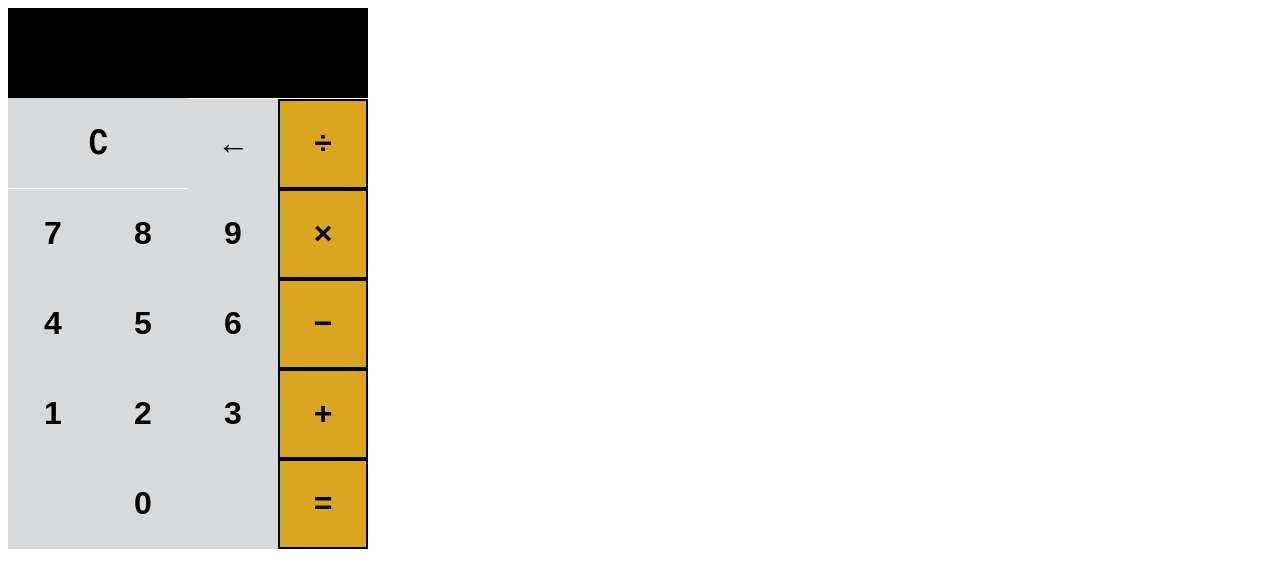
Repository: jontslater/LAB-calculator2
Page: index.html
An editor plug-in stored every save of this project. The page is shown before and after the next save, followed by the edit.
The browser window is 1280 px wide. The pictures show the whole page.

Above is the page before, as saved 2023-10-14 10:31:24.

### index.html
<!DOCTYPE html>
<html lang="en">
<head>
  <meta charset="UTF-8">
  <meta name="viewport" content="width=device-width, initial-scale=1.0">
  <title>calculator</title>
  <link rel="stylesheet" href="main.css">
  <script src="main.js"></script>
</head>

<body>
  <div class="container">

    <div class="box"></div>

    <table>
    <button class="symbols gray three">&#8705;</button>
    <button class="symbols gray">&#8592;</button>
    <button class="symbols orange">&#247;</button>
  </table>

  <table>
    <button class="bottonss gray">7</button>
    <button class="bottonss gray">8</button>
    <button class="bottonss gray">9</button>
    <button class="orange">&#215;</button>
  </table>

  <table>
    <button class="bottonss gray">4</button>
    <button class="bottonss gray">5</button>
    <button class="bottonss gray">6</button>
    <button class="orange">&#8722;</button>
  </table>

  <table>
    <button class="bottonss gray">1</button>
    <button class="bottonss gray">2</button>
    <button class="bottonss gray">3</button>
    <button class="orange">&#43;</button>
  </table>


  <table>
    <button class="bottonss gray twice">0</button>
    <button class="orange">&#61;</button>
  </table>

  </div>

</body>
</html>

### main.css
body{
  background-color: white;
}

.container{
  width: 400px;
  font-size: xx-large;
  font-weight: bold;
}



.buttonss{
  background-color: #d8d9db;
  height: 90px;
  width: 90px;
  font-size: xx-large;
  font-weight: bold;
  border: 1px;
}

.gray{
  background-color: #d8d9db;
  height: 90px;
  width: 90px;
  font-size: xx-large;
  font-weight: bold;
  border: 1px;
}

.twice{
  width: 270px;
  font-size: xx-large;
  font-weight: bold;
  border: 1%;
}

.three{
  width: 180px;
  font-size: xx-large;
  font-weight: bold;
  border: 1px;
}

.orange{
  background-color:goldenrod;
  height: 90px;
  width: 90px;
  font-size: xx-large;
  font-weight: bold;
  border: 2px;
  border-color:#000000;
  border-style:solid;
}

.box{
  background-color: #000000;
  height: 90px;
  width: 360px;
  padding-bottom: 0%;
  border: 1px;
}

Loaded but not shown: main.js (no stored copy; drawn as an empty file)

After the next save:
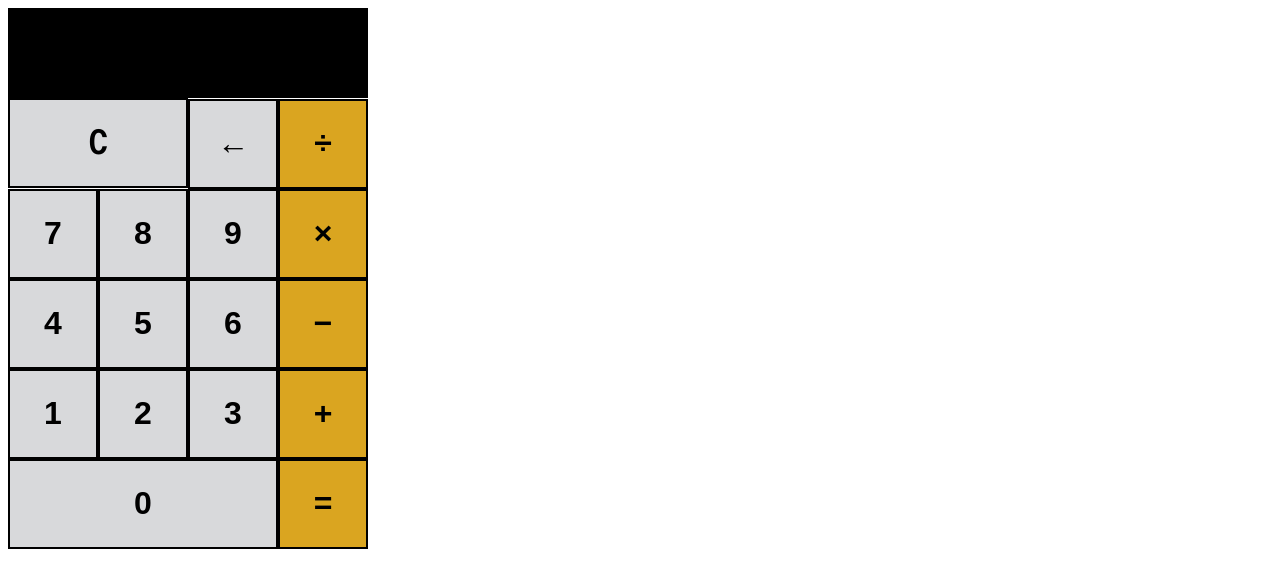
Saved 55 s later.
--- a/main.css
+++ b/main.css
@@ -16,7 +16,9 @@ body{
   width: 90px;
   font-size: xx-large;
   font-weight: bold;
-  border: 1px;
+  border: 2px;
+  border-color:#000000;
+  border-style:solid;
 }
 
 .gray{
@@ -25,14 +27,18 @@ body{
   width: 90px;
   font-size: xx-large;
   font-weight: bold;
-  border: 1px;
+  border: 2px;
+  border-color:#000000;
+  border-style:solid;
 }
 
 .twice{
   width: 270px;
   font-size: xx-large;
   font-weight: bold;
-  border: 1%;
+  border: 2px;
+  border-color:#000000;
+  border-style:solid;
 }
 
 .three{
@@ -40,6 +46,9 @@ body{
   font-size: xx-large;
   font-weight: bold;
   border: 1px;
+  border: 2px;
+  border-color:#000000;
+  border-style:solid;
 }
 
 .orange{
